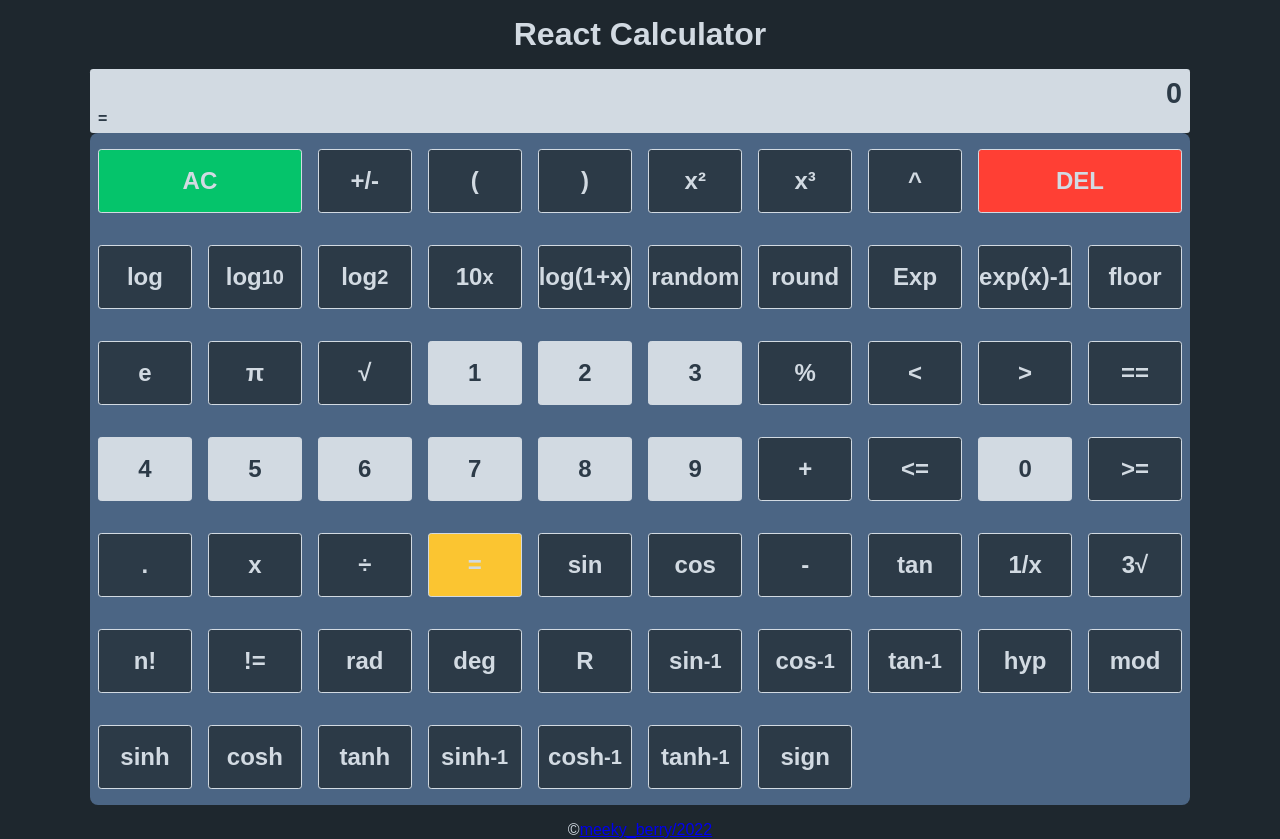
Repository: MikkyPrestige/calculator
Page: /
The author's editor kept a copy of each file at every save. The page is drawn from the files as they stood at one save, then again after the next save.
The browser window is 1280 px wide. The pictures show the whole page.
The project was rebuilt for these pictures with package versions that can differ from the ones it lists, and the page was loaded fresh each time.

Above is the page before, as saved 2022-11-17 22:33:45.

### src/index.css
* {
 margin: 0;
 padding: 0;
 box-sizing: border-box;
}

body {
 font-family: 'Poppins', sans-serif;
 background: #1e272e;
}

.heading {
  color: #d2dae2;
  text-align: center;
  margin: 1rem;
}

.app-container {
 width: 100%;
 max-width: 1100px;
 margin: 1rem auto;
}

.display {
 background-color: #d2dae2;
 color: #2C3A47;
 height: 4rem;
 font-size: 1.8rem;
 font-weight: 700;
 display: flex;
 flex-direction: column;
 padding: .5rem;
 border-radius: .2rem;
}

.display-calc {
 display: flex;
 justify-content: flex-end;
 align-items: center;
}

.display-result {
 display: flex;
 justify-content: flex-start;
 align-items: center;
 font-size: 1rem;
 font-weight: 700;
}

.operators {
  display: grid;
  grid-template-columns: repeat(10, 1fr);
  grid-gap: 1rem;
  padding: .5rem;
  border-radius: .5rem;
  background-color: #4b6584;
  -webkit-border-radius: .5rem;
  -moz-border-radius: .5rem;
  -ms-border-radius: .5rem;
  -o-border-radius: .5rem;
}

.operator {
 background-color: #2C3A47;
 color: #d2dae2;
 font-size: 1.5rem;
 font-weight: 700;
 height: 4rem;
 display: flex;
 justify-content: center;
 align-items: center;
 border-radius: .2rem;
 border: 1px solid #d2dae2;
 margin: .5rem 0;
}

.operator:hover {
 background-color: #d2dae2;
 color: #2C3A47;
 cursor: pointer;
}

.operator:active {
 background-color: #2C3A47;
 color: #d2dae2;
}

.digit {
  background-color: #d2dae2;
  color: #2C3A47;
  font-size: 1.5rem;
  font-weight: 700;
  height: 4rem;
  display: flex;
  justify-content: center;
  align-items: center;
  border-radius: .2rem;
  border: 1px solid #d2dae2;
  margin: .5rem 0;
}

.digit:hover {
  background-color: #2C3A47;
  color: #d2dae2;
  cursor: pointer;
}

.digit:active {
  background-color: #d2dae2;
  color: #2C3A47;
}

.clear {
  background-color: #05c46b;
  color: #d2dae2;
  grid-column: 1 / 3;
  grid-row: 1 / 2;
}

.clear:hover {
  background-color: #d2dae2;
  color: #05c46b;
}

.clear:active {
  background-color: #05c46b;
  color: #d2dae2;
}

.delete {
  background-color: #ff3f34;
  color: #d2dae2;
  grid-column: 9 / -1;
  grid-row: 1 / 2;
}

.delete:hover {
  background-color: #d2dae2;
  color: #ff3f34;
}

.delete:active {
  background-color: #ff3f34;
  color: #d2dae2;
}

.equalTo {
  background-color: #fbc531;
  color: #d2dae2;
}

.equal:hover {
  background-color: #d2dae2;
  color: #fbc531;
}

.equal:active {
  background-color: #fbc531;
  color: #d2dae2;
}

.modulo {
  grid-column: 7 / 8;
  grid-row: 3 / 4;
}

.greater {
  grid-column: 8 / 9;
  grid-row: 3 / 4;
}

.less {
  grid-column: 9 / 10;
  grid-row: 3 / 4;
}

.equal {
  grid-column: 10 / 11;
  grid-row: 3 / 4;
}

.greaterTo {
  grid-column: 8 / 9;
  grid-row: 4 / 5;
}

.lessTo {
  grid-column: 10 / 11;
  grid-row: 4 / 5;
}


.plus {
  grid-column: 7 / 8;
  grid-row: 4 / 5;
}

.minus {
  grid-column: 7 / 8;
  grid-row: 5 / 6;
}
.cube {
 /* grid-row: 3; */
}

.sqrt {
 /* grid-row: 4; */
}

.exponent {
 /* grid-row: 5; */
}

.pie {
 /* grid-row: 5; */
}

.log {
 /* grid-row: 3; */
}

.logTen {
 /* grid-row: 4; */
}

.sin {
 /* grid-row: 3; */
}

.tan {
 /* grid-row: 4; */
}

.cos  {
 /* grid-row: 5; */
}

.zero {
 /* grid-row: 6; */
 /* grid-column: 5; */
}

.attribution {
  color: #d2dae2;
  text-align: center;
}

### src/App.js
import React from 'react';
import { useState } from 'react';

function App() {
  // DECLARE A NEW STATE VARIABLE
  const [calc, setCalc] = useState("");
  const [result, setResult] = useState("");

  // OPERATORS VARIABLE IS AN ARRAY OF OPERATORS THAT WILL BE USED TO CHECK IF THE USER IS TRYING TO ENTER AN OPERATOR OR NOT
  const ops = ["+", "-", "*", "/", ".", "<", ">", "<=", ">=", "±", "%", "!="];

  // UPDATE CALC STATE VARIABLE WITH THE VALUE OF THE BUTTON THAT WAS CLICKED
  const updateCalc = value => {
    if (
      (ops.includes(value) && calc === "") || // IF THE VALUE IS AN OPERATOR AND THE CALC STATE VARIABLE IS EMPTY
      (ops.includes(value) && ops.includes(calc.slice(-1))) // IF THE VALUE IS AN OPERATOR AND THE LAST CHARACTER OF THE CALC STATE VARIABLE IS ALSO AN OPERATOR
    ) {
      return;
    }

    setCalc(calc + value);  // UPDATE THE CALC STATE VARIABLE WITH THE VALUE OF THE BUTTON THAT WAS CLICKED

    if (!ops.includes(value)) {  // IF THE VALUE IS NOT AN OPERATOR
      setResult(eval(calc + value).toString());   // EVALUATE THE CALC STATE VARIABLE AND UPDATE THE RESULT STATE VARIABLE
    }
  };

  // CREATE CLEAR FUNCTION
  const clear = () => {
    setCalc("");    // SET CALC STATE VARIABLE TO EMPTY
    setResult("");  // SET RESULT STATE VARIABLE TO EMPTY
  };

  // CREATE DELETE FUNCTION
  const del = () => {
    if (calc === "") {
      return;
    }
    const value = calc.slice(0, -1);  // REMOVE THE LAST CHARACTER OF THE CALC STATE VARIABLE
    setCalc(value);  // UPDATE THE CALC STATE VARIABLE
  };

  // CREATE EVALUATE FUNCTION
  const calculate = () => {
    setCalc(eval(calc).toString());  // EVALUATE THE CALC STATE VARIABLE AND UPDATE THE CALC STATE VARIABLE
    setResult("");  // SET RESULT STATE VARIABLE TO EMPTY
  };

  // CREATE PERCENTAGE FUNCTION
  const percentage = () => {
    if (calc === "") {
      return;
    }
    const value = parseFloat(calc);   // CONVERT THE CALC STATE VARIABLE TO A FLOAT
    if (value === 0) {
      return;
    }
    setCalc((value / 100).toString());  // DIVIDE THE CALC STATE VARIABLE BY 100 AND UPDATE THE CALC STATE VARIABLE
  };

  // CREATE POSITIVE/NEGATIVE FUNCTION
  const posNeg = () => {
    if (calc === "") {
      return;
    }
    const value = parseFloat(calc);
    if (value === 0) {
      return;
    }
    setCalc((value * -1).toString());  // MULTIPLY THE CALC STATE VARIABLE BY -1 AND UPDATE THE CALC STATE VARIABLE
  };

  // CREATE BRACKET FUNCTION
  const bracket = value => {
    if (calc === "" && value === "(" && ")") { // IF THE CALC STATE VARIABLE IS EMPTY AND THE VALUE IS "(" && ")"
      setCalc(calc + value);
      return;
    }
    setCalc(calc + value);  // UPDATE THE CALC STATE VARIABLE WITH THE VALUE OF THE BUTTON THAT WAS CLICKED
  };

  // CREATE SQUARE FUNCTION
  const square = () => {
    if (calc === "") {
      return;
    }
    const value = parseFloat(calc);
    if (value === 0) {
      return;
    }
    setCalc((value * value).toString());  // MULTIPLY THE CALC STATE VARIABLE BY ITSELF AND UPDATE THE CALC STATE VARIABLE
  };

  // CREATE A CUBE FUNCTION
  const cube = () => {
    if (calc === "") {
      return;
    }
    const value = parseFloat(calc);
    if (value === 0) {
      return;
    }
    setCalc((value * value * value).toString());  // MULTIPLY THE CALC STATE VARIABLE BY ITSELF THREE TIMES AND UPDATE THE CALC STATE VARIABLE
  };

  // CREATE SQUARE ROOT FUNCTION
  const squareRoot = () => {
    if (calc === "") {
      return;
    }
    const value = parseFloat(calc);
    if (value === 0) {
      return;
    }
    setCalc(Math.sqrt(value).toString());  // CALCULATE THE SQUARE ROOT OF THE CALC STATE VARIABLE AND UPDATE THE CALC STATE VARIABLE
  };

  // CREATE PI FUNCTION
  const pi = () => {
    if (calc === "") {
      return;
    }
    const value = parseFloat(calc);
    if (value === 0) {
      return;
    }
    setCalc((value * 3.141592653589793).toString());  // MULTIPLY THE CALC STATE VARIABLE BY PI AND UPDATE THE CALC STATE VARIABLE
  };

  // CREATE E FUNCTION
  const e = () => {
    if (calc === "") {
      return;
    }
    const value = parseFloat(calc);
    if (value === 0) {
      return;
    }
    setCalc((value * 2.718281828459045).toString());  // MULTIPLY THE CALC STATE VARIABLE BY E AND UPDATE THE CALC STATE VARIABLE
  };

  // CREATE LOG FUNCTION
  const log = () => {
    if (calc === "") {
      return;
    }
    const value = parseFloat(calc);
    if (value === 0) {
      return;
    }
    setCalc(Math.log(value).toString());  // CALCULATE THE LOGARITHM OF THE CALC STATE VARIABLE AND UPDATE THE CALC STATE VARIABLE
  };

  // CREATE BASE 10 LOG FUNCTION
  const log10 = () => {
    if (calc === "") {
      return;
    }
    const value = parseFloat(calc);
    if (value === 0) {
      return;
    }
    setCalc(Math.log10(value).toString());  // CALCULATE THE BASE 10 LOGARITHM OF THE CALC STATE VARIABLE AND UPDATE THE CALC STATE VARIABLE
  };

  // CREATE BASE 2 LOG FUNCTION
  const log2 = () => {
    if (calc === "") {
      return;
    }
    const value = parseFloat(calc);
    if (value === 0) {
      return;
    }
    setCalc(Math.log2(value).toString());  // CALCULATE THE BASE 2 LOGARITHM OF THE CALC STATE VARIABLE AND UPDATE THE CALC STATE VARIABLE
  };

  // CREATE LOG1P FUNCTION
  const log1p = () => {
    if (calc === "") {
      return;
    }
    const value = parseFloat(calc);
    if (value === 0) {
      return;
    }
    setCalc(Math.log1p(value).toString());  // CALCULATE THE LOGARITHM OF THE CALC STATE VARIABLE PLUS 1 AND UPDATE THE CALC STATE VARIABLE
  };

  // CREATE EXPONENTIAL -1 FUNCTION
  const expm1 = () => {
    if (calc === "") {
      return;
    }
    const value = parseFloat(calc);
    if (value === 0) {
      return;
    }
    setCalc(Math.expm1(value).toString());  // CALCULATE THE EXPONENTIAL OF THE CALC STATE VARIABLE MINUS 1 AND UPDATE THE CALC STATE VARIABLE
  };

  // CREATE SIGN FUNCTION
  const sign = () => {
    if (calc === "") {
      return;
    }
    const value = parseFloat(calc);
    if (value === 0) {
      return;
    }
    setCalc(Math.sign(value).toString());  // CALCULATE THE SIGN OF THE CALC STATE VARIABLE AND UPDATE THE CALC STATE VARIABLE
  };

  // CREATE RAISE TO POWER 10 FUNCTION
  const pow10 = () => {
    if (calc === "") {
      return;
    }
    const value = parseFloat(calc);
    if (value === 0) {
      return;
    }
    setCalc(Math.pow(10, value).toString());  // RAISE 10 TO THE POWER OF THE CALC STATE VARIABLE AND UPDATE THE CALC STATE VARIABLE
  };

  // CREATE SIN FUNCTION
  const sin = () => {
    if (calc === "") {
      return;
    }
    const value = parseFloat(calc);
    if (value === 0) {
      return;
    }
    setCalc(Math.sin(value).toString());  // CALCULATE THE SINE OF THE CALC STATE VARIABLE AND UPDATE THE CALC STATE VARIABLE
  };

  // CREATE COS FUNCTION
  const cos = () => {
    if (calc === "") {
      return;
    }
    const value = parseFloat(calc);
    if (value === 0) {
      return;
    }
    setCalc(Math.cos(value).toString());  // CALCULATE THE COSINE OF THE CALC STATE VARIABLE AND UPDATE THE CALC STATE VARIABLE
  };

  // CREATE TAN FUNCTION
  const tan = () => {
    if (calc === "") {
      return;
    }
    const value = parseFloat(calc);
    if (value === 0) {
      return;
    }
    setCalc(Math.tan(value).toString());  // CALCULATE THE TANGENT OF THE CALC STATE VARIABLE AND UPDATE THE CALC STATE VARIABLE
  };

  // CREATE INVERSE SIN FUNCTION
  const asin = () => {
    if (calc === "") {
      return;
    }
    const value = parseFloat(calc);
    if (value === 0) {
      return;
    }
    setCalc(Math.asin(value).toString());  // CALCULATE THE INVERSE SINE OF THE CALC STATE VARIABLE AND UPDATE THE CALC STATE VARIABLE
  };

  // CREATE INVERSE COS FUNCTION
  const acos = () => {
    if (calc === "") {
      return;
    }
    const value = parseFloat(calc);
    if (value === 0) {
      return;
    }
    setCalc(Math.acos(value).toString());  // CALCULATE THE INVERSE COSINE OF THE CALC STATE VARIABLE AND UPDATE THE CALC STATE VARIABLE
  };

  // CREATE INVERSE TAN FUNCTION
  const atan = () => {
    if (calc === "") {
      return;
    }
    const value = parseFloat(calc);
    if (value === 0) {
      return;
    }
    setCalc(Math.atan(value).toString());  // CALCULATE THE INVERSE TANGENT OF THE CALC STATE VARIABLE AND UPDATE THE CALC STATE VARIABLE
  };

  // CREATE SINH FUNCTION
  const sinh = () => {
    if (calc === "") {
      return;
    }
    const value = parseFloat(calc);
    if (value === 0) {
      return;
    }
    setCalc(Math.sinh(value).toString());  // CALCULATE THE HYPERBOLIC SINE OF THE CALC STATE VARIABLE AND UPDATE THE CALC STATE VARIABLE
  };

  // CREATE COSH FUNCTION
  const cosh = () => {
    if (calc === "") {
      return;
    }
    const value = parseFloat(calc);
    if (value === 0) {
      return;
    }
    setCalc(Math.cosh(value).toString());  // CALCULATE THE HYPERBOLIC COSINE OF THE CALC STATE VARIABLE AND UPDATE THE CALC STATE VARIABLE
  };

  // CREATE TANH FUNCTION
  const tanh = () => {
    if (calc === "") {
      return;
    }
    const value = parseFloat(calc);
    if (value === 0) {
      return;
    }
    setCalc(Math.tanh(value).toString());  // CALCULATE THE HYPERBOLIC TANGENT OF THE CALC STATE VARIABLE AND UPDATE THE CALC STATE VARIABLE
  };

  // CREATE INVERSE SINH FUNCTION
  const asinh = () => {
    if (calc === "") {
      return;
    }
    const value = parseFloat(calc);
    if (value === 0) {
      return;
    }
    setCalc(Math.asinh(value).toString());  // CALCULATE THE INVERSE HYPERBOLIC SINE OF THE CALC STATE VARIABLE AND UPDATE THE CALC STATE VARIABLE
  };

  // CREATE INVERSE COSH FUNCTION
  const acosh = () => {
    if (calc === "") {
      return;
    }
    const value = parseFloat(calc);
    if (value === 0) {
      return;
    }
    setCalc(Math.acosh(value).toString());  // CALCULATE THE INVERSE HYPERBOLIC COSINE OF THE CALC STATE VARIABLE AND UPDATE THE CALC STATE VARIABLE
  };

  // CREATE INVERSE TANH FUNCTION
  const atanh = () => {
    if (calc === "") {
      return;
    }
    const value = parseFloat(calc);
    if (value === 0) {
      return;
    }
    setCalc(Math.atanh(value).toString());  // CALCULATE THE INVERSE HYPERBOLIC TANGENT OF THE CALC STATE VARIABLE AND UPDATE THE CALC STATE VARIABLE
  };

  // CREATE HYPOTENUSE FUNCTION
  const hyp = () => {
    if (calc === "") {
      return;
    }
    const value = parseFloat(calc);
    if (value === 0) {
      return;
    }
    setCalc(Math.hypot(value).toString());  // CALCULATE THE HYPOTENUSE OF THE CALC STATE VARIABLE AND UPDATE THE CALC STATE VARIABLE
  };


  // CREATE RADIAN FUNCTION
  const radian = () => {
    if (calc === "") {
      return;
    }
    const value = parseFloat(calc);
    if (value === 0) {
      return;
    }
    setCalc((value * 0.017453292519943295).toString());  // MULTIPLY THE CALC STATE VARIABLE BY RADIAN AND UPDATE THE CALC STATE VARIABLE
  };

  // CREATE DEGREE FUNCTION
  const degree = () => {
    if (calc === "") {
      return;
    }
    const value = parseFloat(calc);
    if (value === 0) {
      return;
    }
    setCalc((value * 57.29577951308232).toString());  // MULTIPLY THE CALC STATE VARIABLE BY DEGREE AND UPDATE THE CALC STATE VARIABLE
  };

  // CREATE RADIUS FUNCTION
  const radius = () => {
    if (calc === "") {
      return;
    }
    const value = parseFloat(calc);
    if (value === 0) {
      return;
    }
    setCalc((value * 0.5).toString());  // MULTIPLY THE CALC STATE VARIABLE BY RADIUS AND UPDATE THE CALC STATE VARIABLE
  };

  // CREATE RECIPROCAL/INVERSE FUNCTION
  const reciprocal = () => {
    if (calc === "") {
      return;
    }
    const value = parseFloat(calc);
    if (value === 0) {
      return;
    }
    setCalc((1 / value).toString());  // DIVIDE 1 BY THE CALC STATE VARIABLE AND UPDATE THE CALC STATE VARIABLE
  };

  // CREATE RANDOM FUNCTION
  const random = () => {
    if (calc === "") {
      return;
    }
    const value = parseFloat(calc);
    if (value === 0) {
      return;
    }
    setCalc(Math.random(value).toString());  // RANDOMLY GENERATE A NUMBER AND UPDATE THE CALC STATE VARIABLE
  };

  // CREATE ROUND FUNCTION
  const round = () => {
    if (calc === "") {
      return;
    }
    const value = parseFloat(calc);
    if (value === 0) {
      return;
    }
    setCalc(Math.round(value).toString());  // ROUND THE CALC STATE VARIABLE AND UPDATE THE CALC STATE VARIABLE
  };

  // CREATE FLOOR FUNCTION
  const floor = () => {
    if (calc === "") {
      return;
    }
    const value = parseFloat(calc);
    if (value === 0) {
      return;
    }
    setCalc(Math.floor(value).toString());  // FLOOR OF THE CALC STATE VARIABLE AND UPDATE THE CALC STATE VARIABLE
  };

  // CREATE EXPONENTIAL FUNCTION
  const exponential = () => {
    if (calc === "") {
      return;
    }
    const value = parseFloat(calc);
    if (value === 0) {
      return;
    }
    setCalc(Math.exp(value).toString());  // EXPONENTIAL OF THE CALC STATE VARIABLE AND UPDATE THE CALC STATE VARIABLE
  };

  // CREATE CUBE ROOT FUNCTION
  const cubeRoot = () => {
    if (calc === "") {
      return;
    }
    const value = parseFloat(calc);
    if (value === 0) {
      return;
    }
    setCalc(Math.cbrt(value).toString());  // CUBE ROOT OF THE CALC STATE VARIABLE AND UPDATE THE CALC STATE VARIABLE
  };

  // CREATE FACTORIAL FUNCTION
  const factorial = () => {
    if (calc === "") {
      return;
    }
    const value = parseFloat(calc);
    if (value === 0) {
      return;
    }
    setCalc(factorialize(value).toString());  // FACTORIAL OF THE CALC STATE VARIABLE AND UPDATE THE CALC STATE VARIABLE
  };

  // CREATE FACTORIAL FUNCTION
  const factorialize = (num) => {
    if (num < 0) {
      return -1;
    } else if (num === 0) {
      return 1;
    } else {
      return num * factorialize(num - 1);
    }
  };

  // CREATE DIGITS FUNCTION
  const createDigits = () => {
    const digits = []; // CREATE DIGITS ARRAY
    for (let i = 1; i < 10; i++) { // LOOP THROUGH DIGITS 1-9
      digits.push(i); // PUSH NUMBERS 1-9 TO DIGITS ARRAY
    }
    return digits;
  };

  //RETURN THE CALCULATOR SCREEN AND BUTTONS
  return (
    <div className='app'>
      <header>
        <h1 className='heading'>React Calculator</h1>
      </header>
      <div className='app-container'>
        <div className='display'>
          <div className='display-calc'>
            {calc || "0"}  {/* DISPLAY CALC STATE VARIABLE OR 0 */}
          </div>
          <div className='display-result'>
            = {result}  {/* DISPLAY RESULT STATE VARIABLE */}
          </div>
        </div>
        <div className='operators'>
          <button onClick={clear} className='operator clear'>AC</button>
          <button onClick={posNeg} className='operator'>+/-</button>
          <button onClick={() => bracket('(')} className='operator'>(</button>
          <button onClick={() => bracket(')')} className='operator'>)</button>
          <button onClick={square} className='operator'>x²</button>
          <button onClick={del} className='operator delete'>DEL</button>
          <button onClick={cube} className='operator cube'>x³</button>
          <button onClick={() => updateCalc('**')} className='operator'>^</button>
          <button onClick={log} className='operator log'>log</button>
          <button onClick={log10} className='operator logTen'>log<sub>10</sub></button>
          <button onClick={log2} className='operator'>log<sub>2</sub></button>
          <button onClick={pow10} className='operator'>10<sup>x</sup></button>
          <button onClick={log1p} className='operator'>log(1+x)</button>
          <button onClick={random} className='operator'>random</button>
          <button onClick={round} className='operator'>round</button>
          <button onClick={exponential} className='operator'>Exp</button>
          <button onClick={expm1} className='operator'>exp(x)-1</button>
          <button onClick={floor} className='operator'>floor</button>
          <button onClick={e} className='operator exponent'>e</button>
          <button onClick={pi} className='operator pie'>π</button>
          <button onClick={squareRoot} className='operator sqrt'>√</button>
          {createDigits().map((digit) => (
            <button onClick={() => updateCalc(digit.toString())} className='digit' key={digit}>{digit}</button> // CREATE DIGITS BUTTONS AND MAP THROUGH DIGITS ARRAY TO DISPLAY DIGITS 1-9 ON BUTTONS
          ))}
          <button onClick={() => updateCalc('0')} className='zero digit'>0</button>
          <button onClick={() => updateCalc('.')} className='operator'>.</button>
          <button onClick={percentage} className='operator modulo'>%</button>
          <button onClick={() => updateCalc('*')} className='operator multiply'>x</button>
          <button onClick={() => updateCalc('/')} className='operator divide'>÷</button>
          <button onClick={() => updateCalc('-')} className='operator minus'>-</button>
          <button onClick={() => updateCalc('+')} className='operator plus'>+</button>
          <button onClick={calculate} className='operator equalTo'>=</button>
          <button onClick={sin} className='operator sin'>sin</button>
          <button onClick={cos} className='operator cos'>cos</button>
          <button onClick={tan} className='operator tan'>tan</button>
          <button onClick={reciprocal} className='operator'>1/x</button>
          <button onClick={cubeRoot} className='operator'>3√</button>
          <button onClick={factorial} className='operator'>n!</button>
          <button onClick={() => updateCalc('==')} className='operator equal'>==</button>
          <button onClick={() => updateCalc('<')} className='operator greater'>{'<'}</button>
          <button onClick={() => updateCalc('>')} className='operator less'>{'>'}</button>
          <button onClick={() => updateCalc('<=')} className='operator greaterTo'>{'<='}</button>
          <button onClick={() => updateCalc('>=')} className='operator lessTo'>{'>='}</button>
          <button onClick={() => updateCalc('!=')} className='operator notequal'>{'!='}</button>
          <button onClick={radian} className='operator'>rad</button>
          <button onClick={degree} className='operator'>deg</button>
          <button onClick={radius} className='operator'>R</button>
          <button onClick={asin} className='operator'>sin<sup>-1</sup></button>
          <button onClick={acos} className='operator'>cos<sup>-1</sup></button>
          <button onClick={atan} className='operator'>tan<sup>-1</sup></button>
          <button onClick={hyp} className='operator'>hyp</button>
          <button onClick={() => updateCalc('%')} className='operator'>mod</button>
          <button onClick={sinh} className='operator'>sinh</button>
          <button onClick={cosh} className='operator'>cosh</button>
          <button onClick={tanh} className='operator'>tanh</button>
          <button onClick={asinh} className='operator'>sinh<sup>-1</sup></button>
          <button onClick={acosh} className='operator'>cosh<sup>-1</sup></button>
          <button onClick={atanh} className='operator'>tanh<sup>-1</sup></button>
          <button onClick={sign} className='operator'>sign</button>
        </div>
      </div>
      <footer className='attribution'>&copy;<a meeky_berry href="https://github.com/MeekyBerry" target="_blank" rel="noreferrer">meeky_berry/2022</a></footer>
    </div>
  );
}

// EXPORT APP
export default App;

Loaded but not shown: public/index.html (common file); src/index.js (common file)

After the next save:
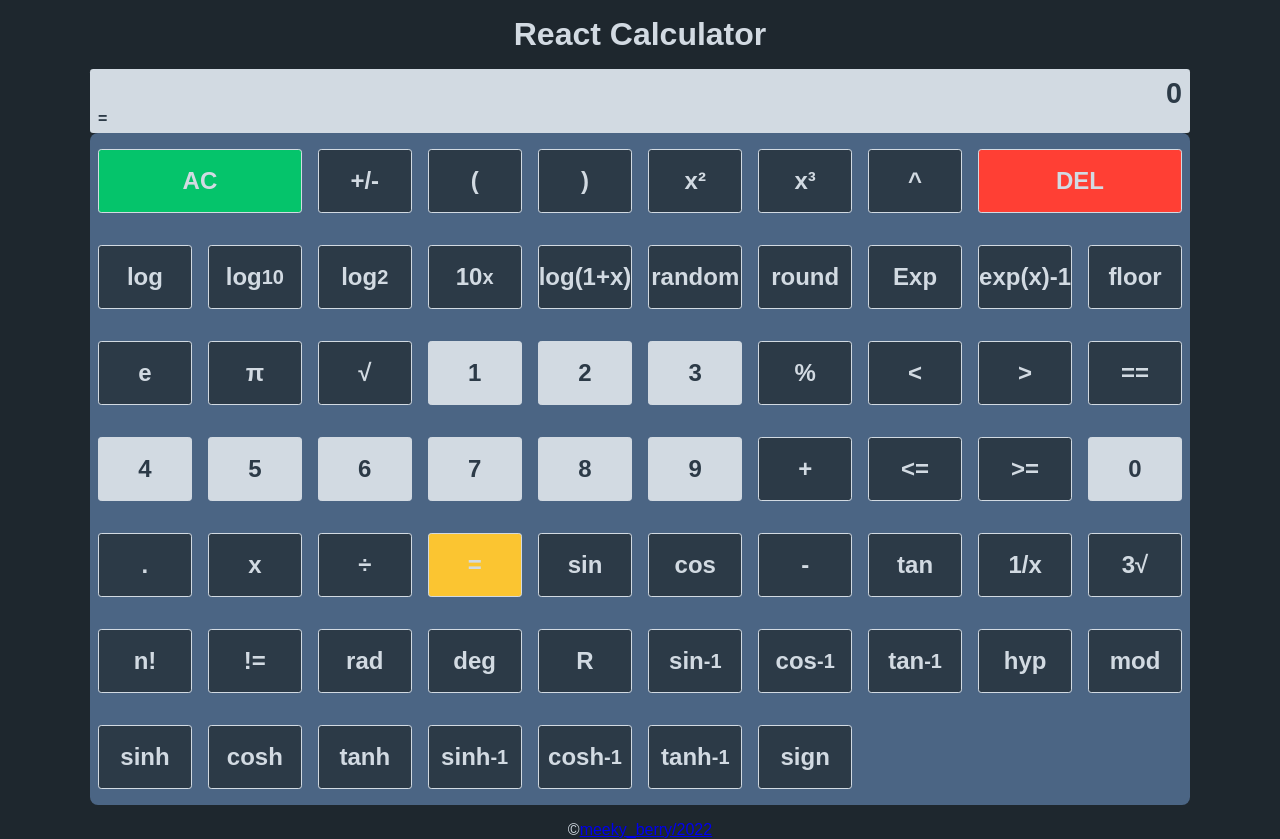
Saved 17 s later.
--- a/src/index.css
+++ b/src/index.css
@@ -185,7 +185,7 @@ body {
 }
 
 .lessTo {
-  grid-column: 10 / 11;
+  grid-column: 9 / 10;
   grid-row: 4 / 5;
 }
 
